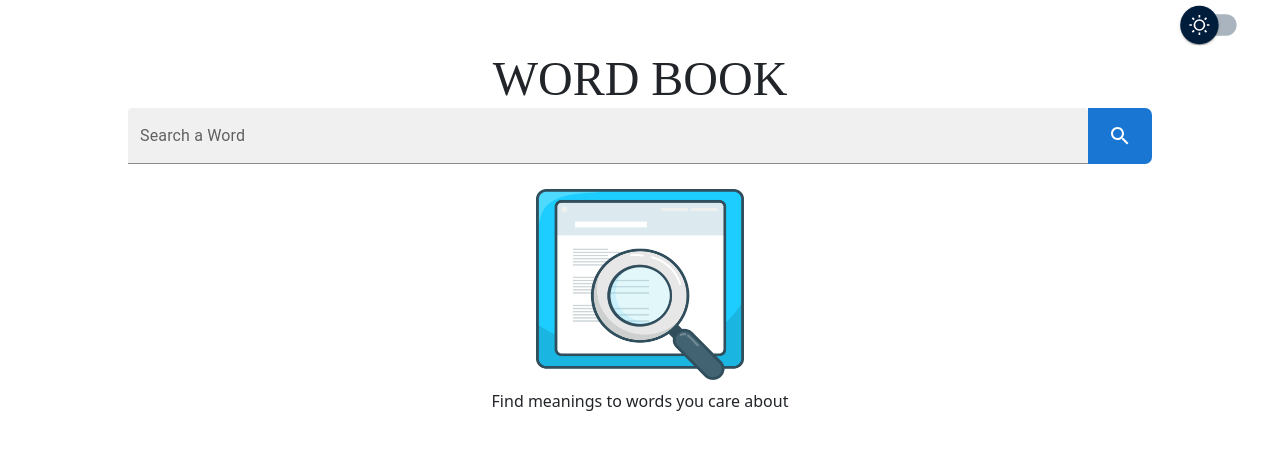
Repository: marveldev/my-dictionary
Page: /
The author's editor kept a copy of each file at every save. The page is drawn from the files as they stood at one save, then again after the next save.
The browser window is 1280 px wide. The pictures show the whole page.
The project was rebuilt for these pictures with package versions that can differ from the ones it lists, and the page was loaded fresh each time. Also part of the build but not shown: src/components/themeSwitcher/MUISwitch.jsx.

Above is the page before, as saved 2022-05-29 18:22:13.

### public/index.html
<!DOCTYPE html>
<html lang="en">
  <head>
    <meta charset="utf-8" />
    <meta name="viewport" content="width=device-width, initial-scale=1" />
    <meta name="theme-color" content="#000000" />
    <meta name="description" content="Web site created using create-react-app" />
    <link
      href="https://cdn.jsdelivr.net/npm/bootstrap@5.1.3/dist/css/bootstrap.min.css"
      rel="stylesheet"
      integrity="sha384-1BmE4kWBq78iYhFldvKuhfTAU6auU8tT94WrHftjDbrCEXSU1oBoqyl2QvZ6jIW3"
      crossorigin="anonymous"
    />
    <link rel="apple-touch-icon" href="./icon-192x192.png" />
    <link rel="icon" href="./icon-192x192.png" />
    <link rel="manifest" href="./manifest.json" />
    <title>My Dictionary</title>
  </head>
  <body>
    <noscript>You need to enable JavaScript to run this app.</noscript>
    <div id="root"></div>
  </body>
</html>

### src/index.js
import React from 'react'
import ReactDOM from 'react-dom'
import App from './App'
import swDev from './swDev'
import './index.css'

ReactDOM.render(
  <React.StrictMode>
    <App />
  </React.StrictMode>,
  document.getElementById('root'),
)
swDev()

### src/App.js
import { useState } from 'react'
import { createTheme } from '@mui/material'
import { Form, Output, ThemeSwitcher } from './components'

const App = () => {
  const [definitions, setDefinitions] = useState([])
  const [appMode, setAppMode] = useState('online')
  const [isLoading, setIsLoading] = useState(null)

  const storedTheme = localStorage.getItem('theme') || 'light'
  const [theme, setTheme] = useState(storedTheme)

  const themePalette = createTheme({
    palette: {
      mode: theme,
    },
  })

  return (
    <div className={`${theme} app`}>
      <div className="top-column top-0 w-100 pb-4">
        <ThemeSwitcher setTheme={setTheme} theme={theme} themePalette={themePalette} />
        <h1 className="text-center">{definitions?.word || 'WORD BOOK'}</h1>
        <Form
          setDefinitions={setDefinitions}
          themePalette={themePalette}
          setAppMode={setAppMode}
          setIsLoading={setIsLoading}
        />
      </div>

      <Output definitions={definitions} appMode={appMode} isLoading={isLoading} />
    </div>
  )
}

export default App

### src/swDev.js
export default function swDev() {
  let swUrl = `${process.env.PUBLIC_URL}/sw.js`
  navigator.serviceWorker.register(swUrl).then(response => {
    console.warn("response", response)
  })
}

### src/index.css
body {
  margin: 0;
}

.app {
  width: 100%;
  height: 100vh;
  transition: all 0.5s linear 0s;
  overflow: auto;
}

.app::-webkit-scrollbar {
  display: none;
}

.top-column {
  position: fixed;
  top: 0;
  width: 100%;
  padding-bottom: 1em;
  background: #fff;
  z-index: 1;
  transition: all 0.5s linear 0s;
}

.theme-switcher {
  text-align: right;
  margin: 1em 0.3em 0.5em;
}

h1 {
  font-size: 3em;
  font-family: 'Montserrat light', serif;
  text-align: center;
  margin: 0;
}

.form {
  display: flex;
  margin: auto;
  width: 80%;
}

#searchButton {
  border-radius: 0 0.5em 0.5em 0;
  box-shadow: none;
}

.output {
  margin: 11.3em auto 0;
  padding-bottom: 1em;
}

.search-illustration {
  width: 13em;
  height: 13em;
  object-fit: contain;
}

.definition-header {
  padding: 1em 2em;
  font-family: 'Montserrat Medium', serif;
}

.volume-icon {
  transform: scale(1.8);
  color: #000;
}

.definitions-wrapper {
  width: 80%;
  background: #f0f0f0;
}

.definition {
  background: #3b5360;
}

button:active {
  transform: translateY(0.2em);
}

.dark {
  background: #282c34;
  color: #fff;
}

.dark #searchButton {
  background: #1174ff;
  color: #fff;
}

.dark .top-column {
  background: #282c34;
}

.dark .definitions-wrapper {
  background: #3b3f46;
}

.dark .definition {
  background: #355c6c;
}

.dark .volume-icon {
  color: #fff;
}

@media screen and (max-width: 628px) {
  .form {
    width: 95%;
  }

  .output {
    margin-top: 12em;
  }

  .definition-header {
    padding: 0.5em 0;
  }

  .definitions-wrapper {
    width: 95%;
    padding: 0 1em;
  }
}

### src/components/index.js
export { default as Form } from './form/Form'
export { default as Output } from './output/Output'
export { default as ThemeSwitcher } from './themeSwitcher/ThemeSwitcher'

### src/components/form/Form.jsx
import { useState } from 'react'
import debounce from 'lodash.debounce'
import wordList from 'word-list-json'
import { TextField, ThemeProvider, Autocomplete, Button } from '@mui/material'
import SearchIcon from '@mui/icons-material/Search'

const Form = ({ setDefinitions, themePalette, setIsLoading, setAppMode }) => {
  const [filteredWords, setFilteredWords] = useState([])
  const [word, setWord] = useState('')

  const url = `https://api.dictionaryapi.dev/api/v2/entries/en/${word}`

  const doWordFilter = debounce(value => {
    if(value.trim().length >= 1) {
      const wordFilter = wordList?.filter(word => word.startsWith(value.toLowerCase())).slice(0, 30)
      setFilteredWords(wordFilter)
    } else {
      setFilteredWords([])
      setWord('')
      setDefinitions([])
    }
  }, 300)

  const fetchDefinition = async event => {
    event?.preventDefault()
    if (word.trim().length >= 1) {
      setIsLoading(true)

      try {
        const response = await fetch(url)
        const data = await response.json()
        if (data) {
          setIsLoading(null)
          setDefinitions(data[0])
          setAppMode('online')
        }
      } catch (error) {
        setAppMode('offline')
        setDefinitions([])
      }
    }
  }

  return (
    <ThemeProvider theme={themePalette}>
      <>
        <Autocomplete
          freeSolo
          disableClearable
          options={filteredWords.map(word => word)}
          onChange={(event, value) =>
            setWord(value)
          }
          renderInput={params =>
            <form
              className="form d-flex m-auto"
              onSubmit={event => fetchDefinition(event)}
            >
              <TextField
                {...params}
                variant="filled"
                label="Search a Word"
                onChange={event => doWordFilter(event.target.value)}
              />
              <Button type="submit" variant="contained" id="searchButton">
                <SearchIcon />
              </Button>
            </form>
          }
        />
      </>
    </ThemeProvider>
  )
}

export default Form

### src/components/output/Output.jsx
import { IconButton } from '@mui/material'
import VolumeUpIcon from '@mui/icons-material/VolumeUp'
import { searchIllustration, loader } from '../assets'

const Output = ({ definitions, isLoading, appMode }) => {
  const playWord = (url) => {
    const audio = new Audio(url)
    audio?.play()
  }

  return (
    <div className="output">
      {isLoading && appMode === 'online' && (
        <div className="text-center">
          <img src={loader} alt="loading" />
        </div>
      )}

      {!isLoading && (
        <>
          {!definitions && (
            <div className="text-center fs-4 px-4">
              😞 we couldn't find definitions for the word you are looking for.
            </div>
          )}

          {definitions?.length <= 0 && (
            <div className="text-center">
              <img src={searchIllustration} className="search-illustration" alt="search illustration" />
              <p>Find meanings to words you care about</p>
            </div>
          )}

          {definitions?.meanings && (
            <div className="definitions-wrapper m-auto pb-4 rounded">
              <div className="definition-header d-flex align-items-center gap-3">
                {definitions.phonetics[0]?.audio && (
                  <IconButton onClick={() => playWord(definitions.phonetics[0]?.audio)}>
                    <VolumeUpIcon className="volume-icon" />
                  </IconButton>
                )}
                <div>
                  <p className="m-0 fs-5">{definitions?.word}</p>
                  {definitions?.phonetic && <p className="m-0">{definitions?.phonetic}</p>}
                </div>
              </div>
              <ul className="mx-lg-5 ps-0">
                {definitions?.meanings.map((meaning, index) => (
                  <li key={index}>
                    <p>"partOfSpeech": {meaning.partOfSpeech}</p>
                    {meaning.definitions?.map((data, index) => (
                      <div key={index} className="definition text-white rounded p-2 mb-3">
                        <p className="fw-bold">{data.definition}</p>
                        <p>
                          <span className="me-2 fw-bold">Example:</span>
                          {data.example}
                        </p>
                        <p className="mb-0">
                          <span className="me-2 fw-bold">Synonyms:</span>
                          {data.synonyms.join(', ')}
                        </p>
                      </div>
                    ))}
                  </li>
                ))}
              </ul>
            </div>
          )}
        </>
      )}

      {appMode === 'offline' && (
        <div className="text-center fs-4">😞 you are in offline mode or some issue with connection.</div>
      )}
    </div>
  )
}

export default Output

### src/components/themeSwitcher/ThemeSwitcher.jsx
import { FormControlLabel } from '@mui/material'
import { MaterialUISwitch } from './MUISwitch'

const ThemeSwitcher = ({ theme, setTheme, themePalette }) => {
  const switchTheme = () => {
    const currentTheme = theme === 'dark' ? 'light' : 'dark'
    setTheme(currentTheme)
    localStorage.setItem('theme', currentTheme)
  }

  return (
    <div className="theme-switcher text-end mx-lg-4 mt-2">
      <FormControlLabel
        label=""
        control={
          <MaterialUISwitch
            theme={themePalette}
            onChange={switchTheme}
            checked={theme === 'dark' && true}
            aria-label="switch theme"
          />
        }
      />
    </div>
  )
}

export default ThemeSwitcher

### src/components/assets/index.js
export { default as searchIllustration } from './searchIllustration.png'
export { default as loader } from './loader.svg'

After the next save:
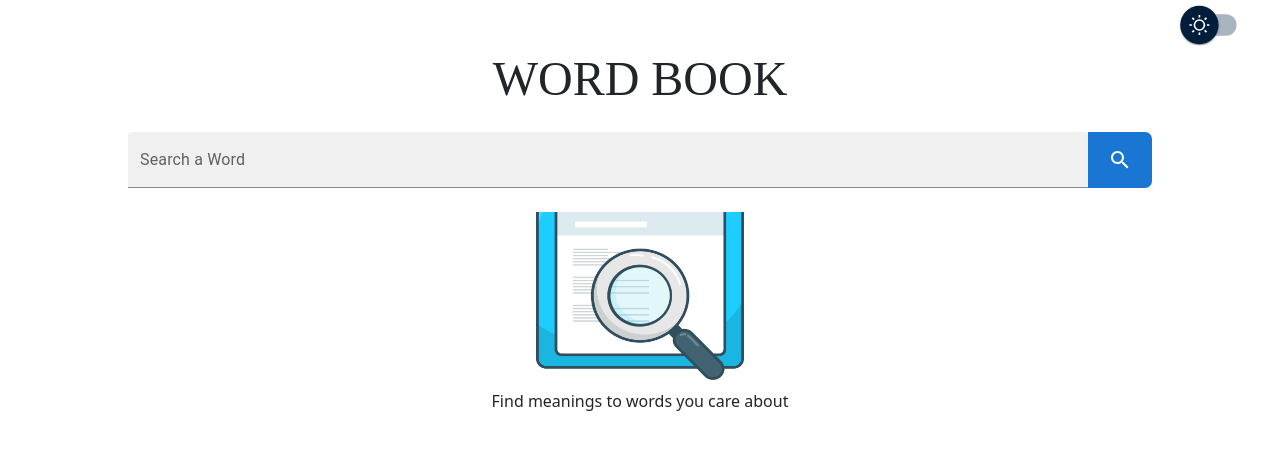
Saved 12 s later.
--- a/src/index.css
+++ b/src/index.css
@@ -32,7 +32,7 @@ h1 {
   font-size: 3em;
   font-family: 'Montserrat light', serif;
   text-align: center;
-  margin: 0;
+  margin: 0 0 0.5em;
 }
 
 .form {
